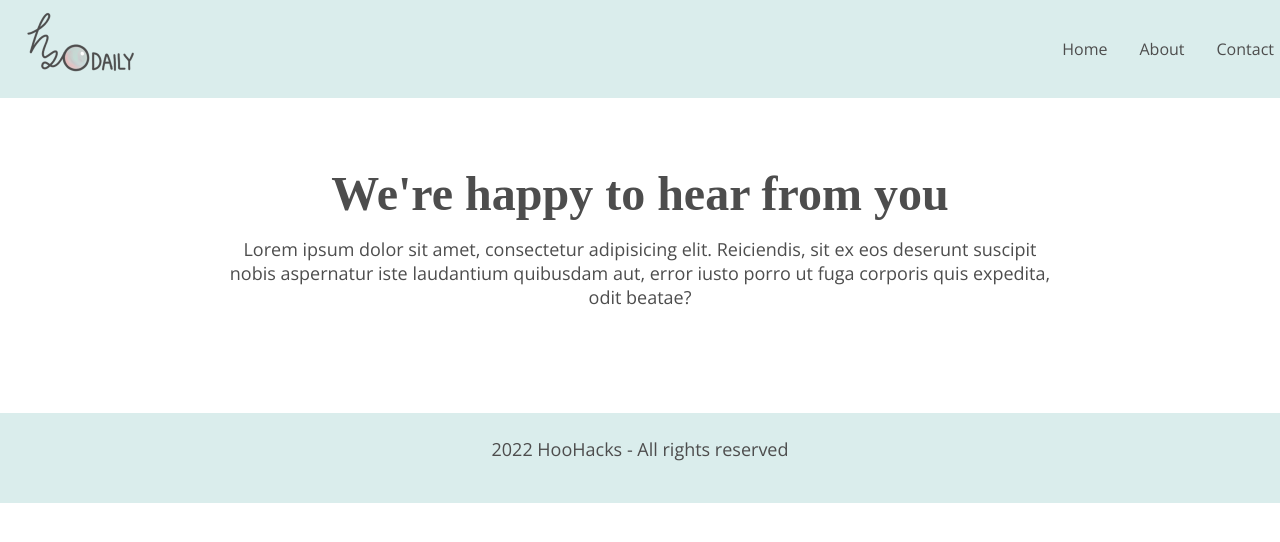
Repository: jennyjjung/H2ODaily
Page: contact.html
An editor plug-in stored every save of this project. The page is shown before and after the next save, followed by the edit.
The browser window is 1280 px wide. The pictures show the whole page.
Some web fonts or font styles are not loaded; a fallback is used.

Above is the page before, as saved 2022-03-26 20:25:46.

After the next save:
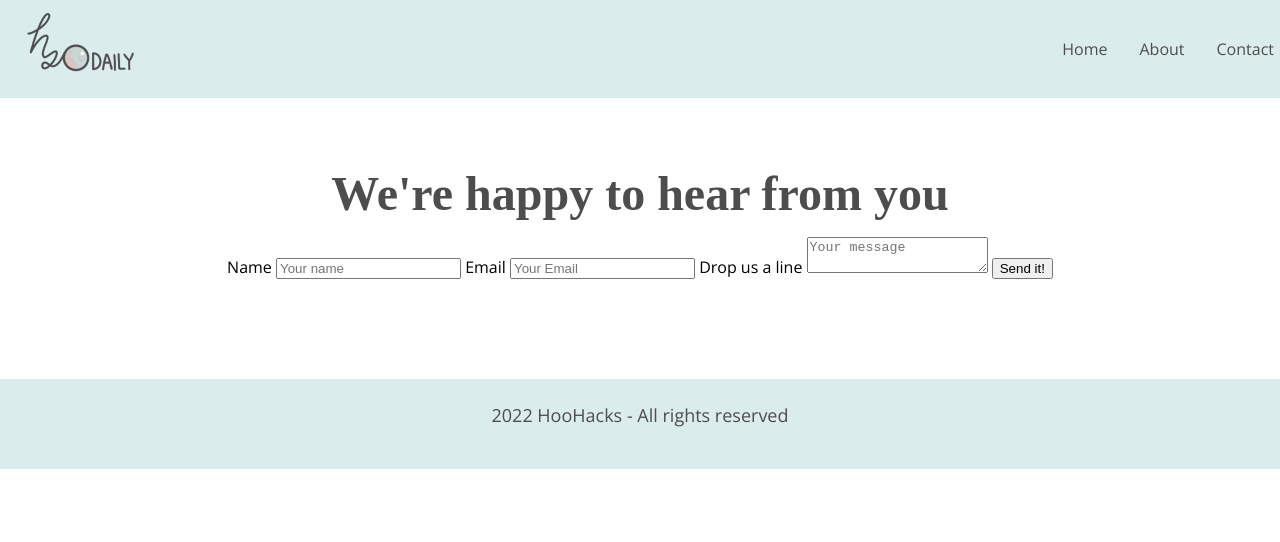
Saved 5 min 20 s later.
--- a/contact.html
+++ b/contact.html
@@ -26,10 +26,19 @@
   <section id="contact">
     <h1>We're happy to hear from you</h1>
     <div class="contact__content">
-      <p>
-        Lorem ipsum dolor sit amet, consectetur adipisicing elit. Reiciendis, sit ex eos deserunt suscipit nobis
-        aspernatur iste laudantium quibusdam aut, error iusto porro ut fuga corporis quis expedita, odit beatae?
-      </p>
+      <form method="post" action="#" class="contact-form">
+        <label for="name">Name</label>
+        <input type="text" name="name" id="name" placeholder="Your name" required>
+
+        <label for="email">Email</label>
+        <input type="email" name="email" id="email" placeholder="Your Email" required>
+
+        <label>Drop us a line</label>
+        <textarea name="message" placeholder="Your message"></textarea>
+
+        <input type="submit" value="Send it!">
+
+      </form>
     </div>
   </section>
 
